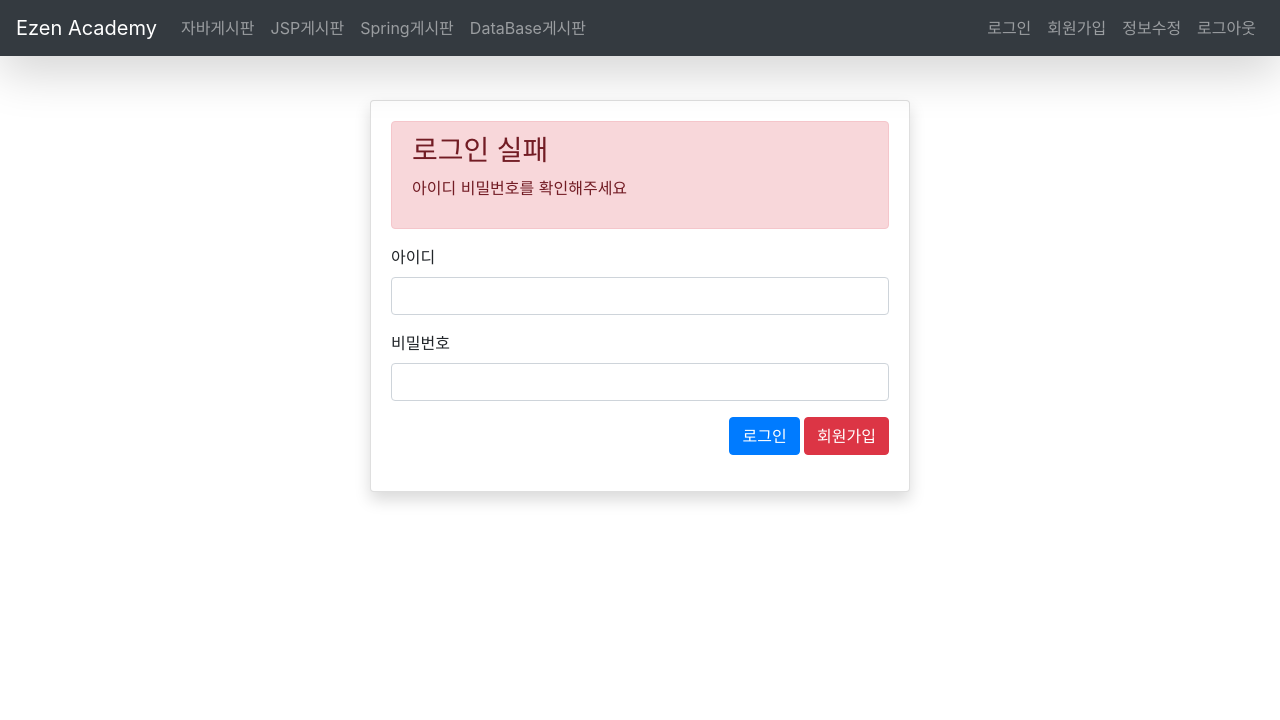
Repository: kangseongwuk/Spring
Page: http://localhost/SpringMiniProject/WEB-INF/views/user/login.jsp
The author's editor kept a copy of each file at every save. The page is drawn from the files as they stood at one save, then again after the next save.
The browser window is 1280 px wide. The pictures show the whole page.
The page is served by Tomcat 9. Nobody is signed in. Other server files are loaded and not shown. The template is opened directly, without the code that normally fills it, so the values that code supplies are empty.

Above is the page before, as saved 2022-10-24 07:20:35.

### SpringMiniProject/src/main/webapp/WEB-INF/views/user/login.jsp
<%@ page language="java" contentType="text/html; charset=UTF-8"
    pageEncoding="UTF-8"%>
<%@ taglib prefix="c" uri="http://java.sun.com/jsp/jstl/core" %>
<c:url var='root' value='/'/>
<!DOCTYPE html>
<html>
<head>
<meta charset="UTF-8">
<meta name="viewport" content="width=device-width, initial-scale=1">
<title>미니 프로젝트</title>
<!-- Bootstrap CDN -->
<link rel="stylesheet" href="https://maxcdn.bootstrapcdn.com/bootstrap/4.1.0/css/bootstrap.min.css">
<script src="https://ajax.googleapis.com/ajax/libs/jquery/3.3.1/jquery.min.js"></script>
<script src="https://cdnjs.cloudflare.com/ajax/libs/popper.js/1.14.0/umd/popper.min.js"></script>
<script src="https://maxcdn.bootstrapcdn.com/bootstrap/4.1.0/js/bootstrap.min.js"></script>
</head>
<body>

<c:import url="/WEB-INF/views/include/top_menu.jsp"/>

<div class="container" style="margin-top:100px">
	<div class="row">
		<div class="col-sm-3"></div>
		<div class="col-sm-6">
			<div class="card shadow">
				<div class="card-body">
					<div class="alert alert-danger">
						<h3>로그인 실패</h3>
						<p>아이디 비밀번호를 확인해주세요</p>
					</div>
					<form action="index.html" method="post">
						<div class="form-group">
							<label for="user_id">아이디</label>
							<input type="text" id="user_id" name="user_id" class="form-control"/>
						</div>
						<div class="form-group">
							<label for="user_pw">비밀번호</label>
							<input type="password" id="user_pw" name="user_pw" class="form-control"/>
						</div>
						<div class="form-group text-right">
							<button type="submit" class="btn btn-primary">로그인</button>
							<a href="join.html" class="btn btn-danger">회원가입</a>
						</div>
					</form>
				</div>
			</div>
		</div>
		<div class="col-sm-3"></div>
	</div>
</div>


</body>
</html>

### SpringMiniProject/src/main/webapp/WEB-INF/views/include/top_menu.jsp
<%@ page language="java" contentType="text/html; charset=UTF-8"
    pageEncoding="UTF-8"%>
<%@ taglib prefix="c" uri="http://java.sun.com/jsp/jstl/core" %>
<c:url var='root' value='/'/>
<!DOCTYPE html>
<html>
<head>
<meta charset="UTF-8">
<title>top.jsp</title>
</head>
<body>

<!-- 상단 메뉴 부분 -->
<nav class="navbar navbar-expand-md bg-dark navbar-dark fixed-top shadow-lg">
	<a class="navbar-brand" href="${root }index">Ezen Academy</a>
	<button class="navbar-toggler" type="button" data-toggle="collapse"
	        data-target="#navMenu">
		<span class="navbar-toggler-icon"></span>
	</button>
	<div class="collapse navbar-collapse" id="navMenu">
		<ul class="navbar-nav">
			<li class="nav-item">
				<a href="${root }board/main" class="nav-link">자바게시판</a>
			</li>
			<li class="nav-item">
				<a href="${root }board/main" class="nav-link">JSP게시판</a>
			</li>
			<li class="nav-item">
				<a href="${root }board/main" class="nav-link">Spring게시판</a>
			</li>
			<li class="nav-item">
				<a href="${root }board/main" class="nav-link">DataBase게시판</a>
			</li>
		</ul>

		<ul class="navbar-nav ml-auto">
			<li class="nav-item">
				<a href="${root }user/login" class="nav-link">로그인</a>
			</li>
			<li class="nav-item">
				<a href="${root }join.html" class="nav-link">회원가입</a>
			</li>
			<li class="nav-item">
				<a href="${root }modify_user.html" class="nav-link">정보수정</a>
			</li>
			<li class="nav-item">
				<a href="${root }index.html" class="nav-link">로그아웃</a>
			</li>
		</ul>
	</div>
</nav>
</body>
</html>

### SpringMiniProject/src/main/webapp/WEB-INF/views/include/footer_menu.jsp
<%@ page language="java" contentType="text/html; charset=UTF-8"
    pageEncoding="UTF-8"%>
<%@ taglib prefix="c" uri="http://java.sun.com/jsp/jstl/core" %>
<!DOCTYPE html>
<html>
<head>
<meta charset="UTF-8">
<title>Insert title here</title>
</head>
<body>
<div class="container-fluid bg-dark text-white" style="margin-top:50px;padding-top:30px;padding-bottom:30px">
	<div class="container">
		<p>http://www.EzenAcademy.co.kr</p>
		<p>게시판 예제</p>
		<p>사업자번호 : 111-222-333</p>
		<p>Copyright by EZEN 2022. All rights reserved.<p>
	</div>
</div>
</body>
</html>

After the next save:
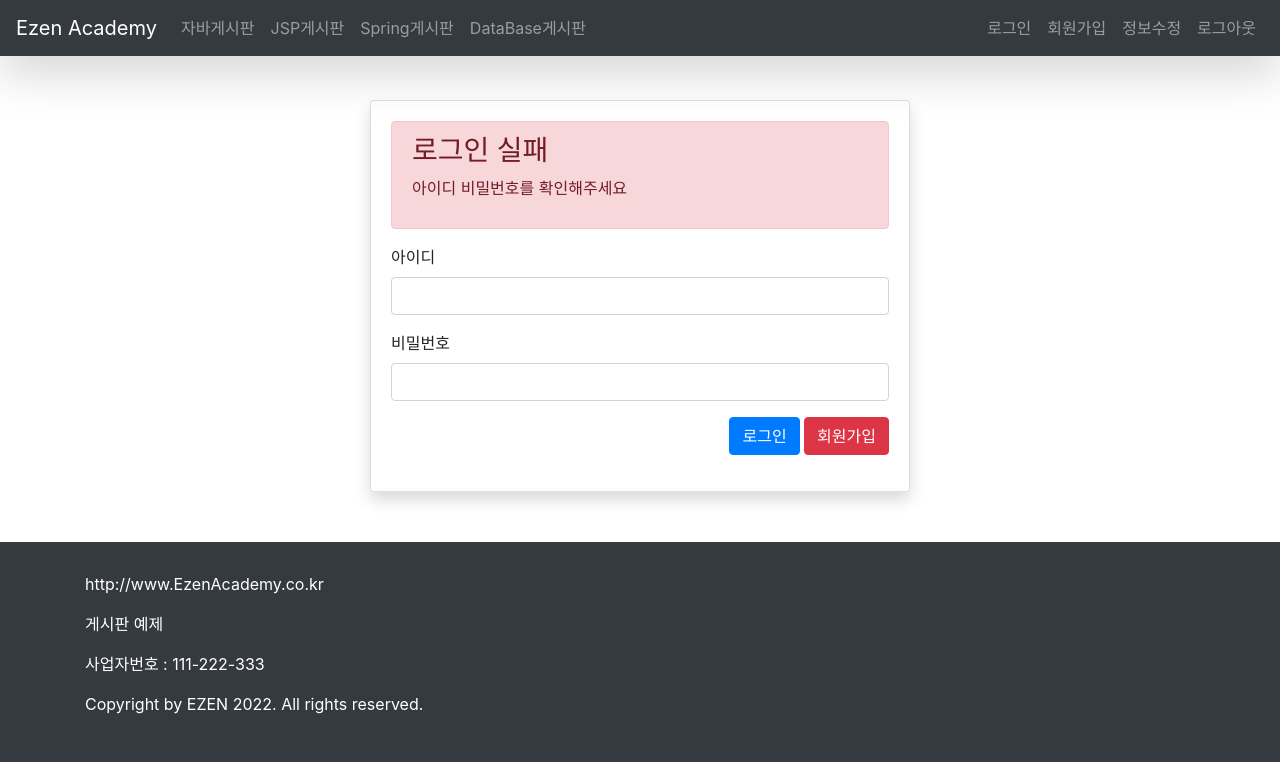
Saved 12 s later.
--- a/SpringMiniProject/src/main/webapp/WEB-INF/views/user/login.jsp
+++ b/SpringMiniProject/src/main/webapp/WEB-INF/views/user/login.jsp
@@ -49,6 +49,7 @@
 	</div>
 </div>
 
+<c:import url="/WEB-INF/views/include/footer_menu.jsp"/>
 
 </body>
 </html>
